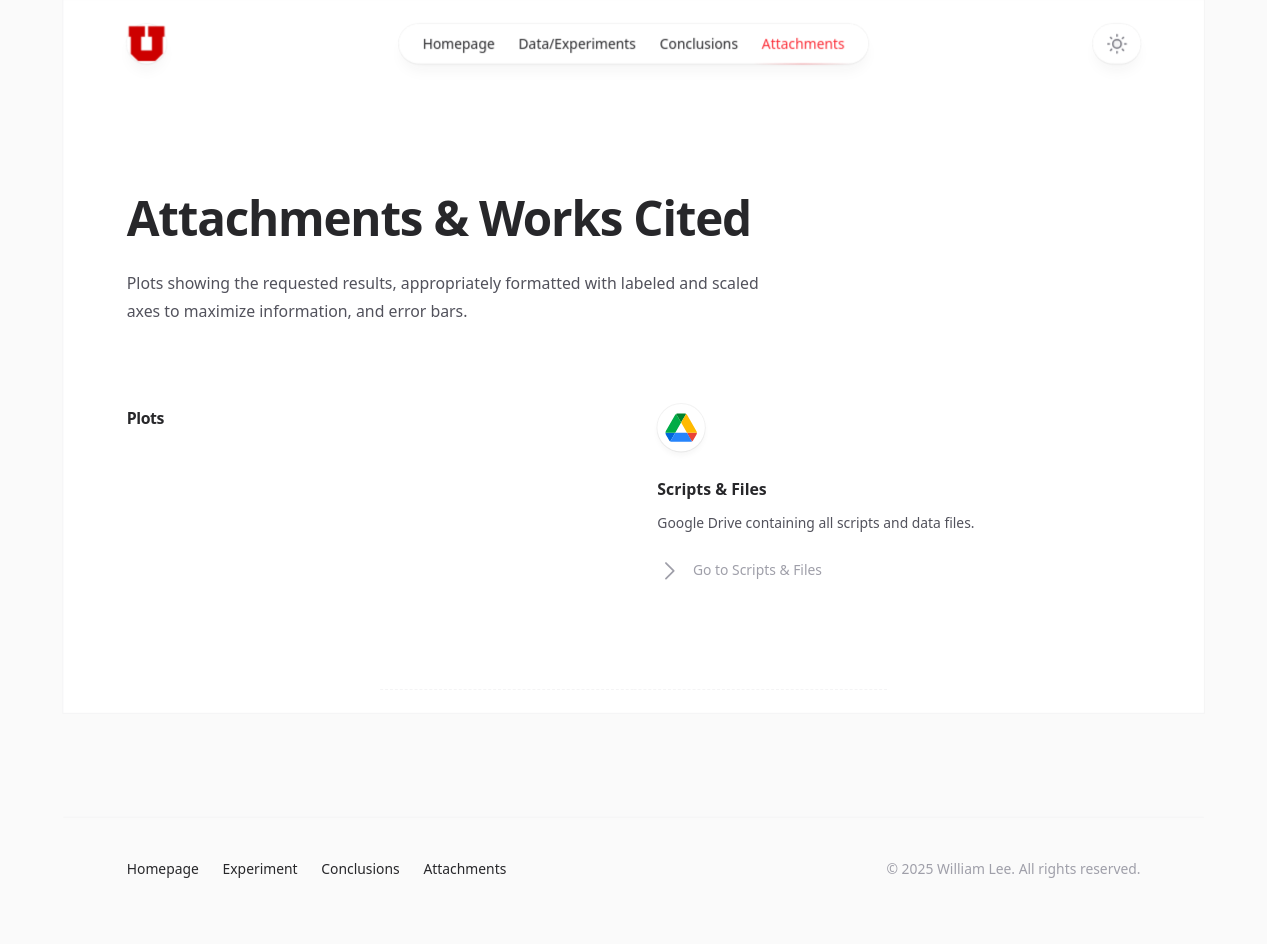
Repository: willwlee/chen3701
Page: /contact
An editor plug-in stored every save of this project. The page is shown before and after the next save, followed by the edit.
The browser window is 1280 px wide. The pictures show the whole page, at 99% of full size.
The page's requests for data from a server got no answer. The project was rebuilt for these pictures with package versions that can differ from the ones it lists, and the page was loaded fresh each time. The framework's server and built-in components were replaced by stand-ins that run in the browser. No one was signed in, and anything a server would have sent is missing. Also part of the build but not shown: next.config.mjs.

Above is the page before, as saved 2025-08-25 02:45:44.

After the next save:
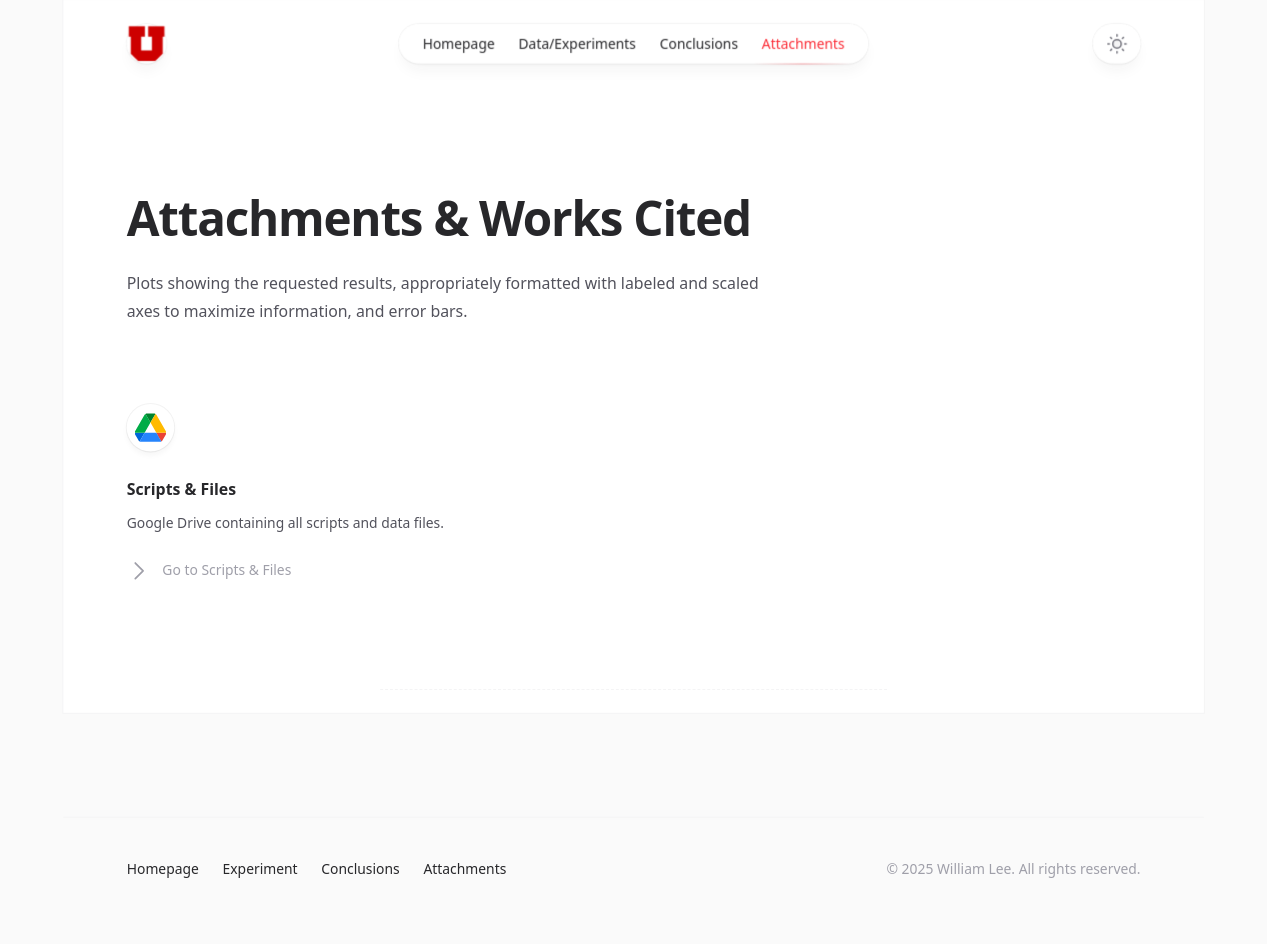
Saved 55 s later.
--- a/src/app/contact/page.tsx
+++ b/src/app/contact/page.tsx
@@ -108,9 +108,6 @@ export default function Contact() {
           role="list"
           className="grid grid-cols-1 gap-x-12 gap-y-16 sm:grid-cols-2 lg:grid-cols-2"
         >
-          <h3 className="text-base font-semibold tracking-tight text-zinc-800 dark:text-zinc-100">
-            Plots
-          </h3>
           <ul
             role="list"
             className="grid gap-x-12 gap-y-16"
